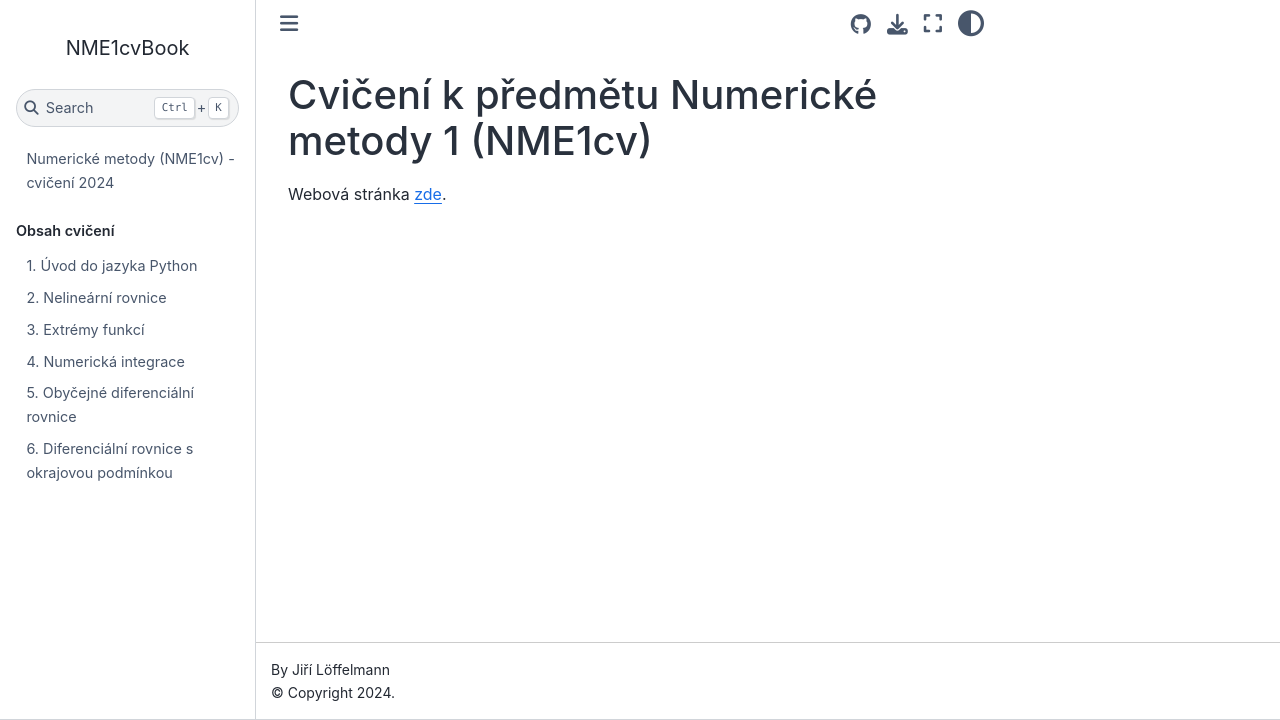
Repository: loepa01/NME1cvBook
Page: README.html
These files come from the project's save history. The page is drawn as it stood at one moment and after the next save; the edit follows.
The browser window is 1280 px wide. The pictures show the whole page.

Above is the page before, as saved 2024-04-08 16:03:47.
Console error: SyntaxError: Identifier 'THEBE_JS_URL' has already been declared

After the next save:
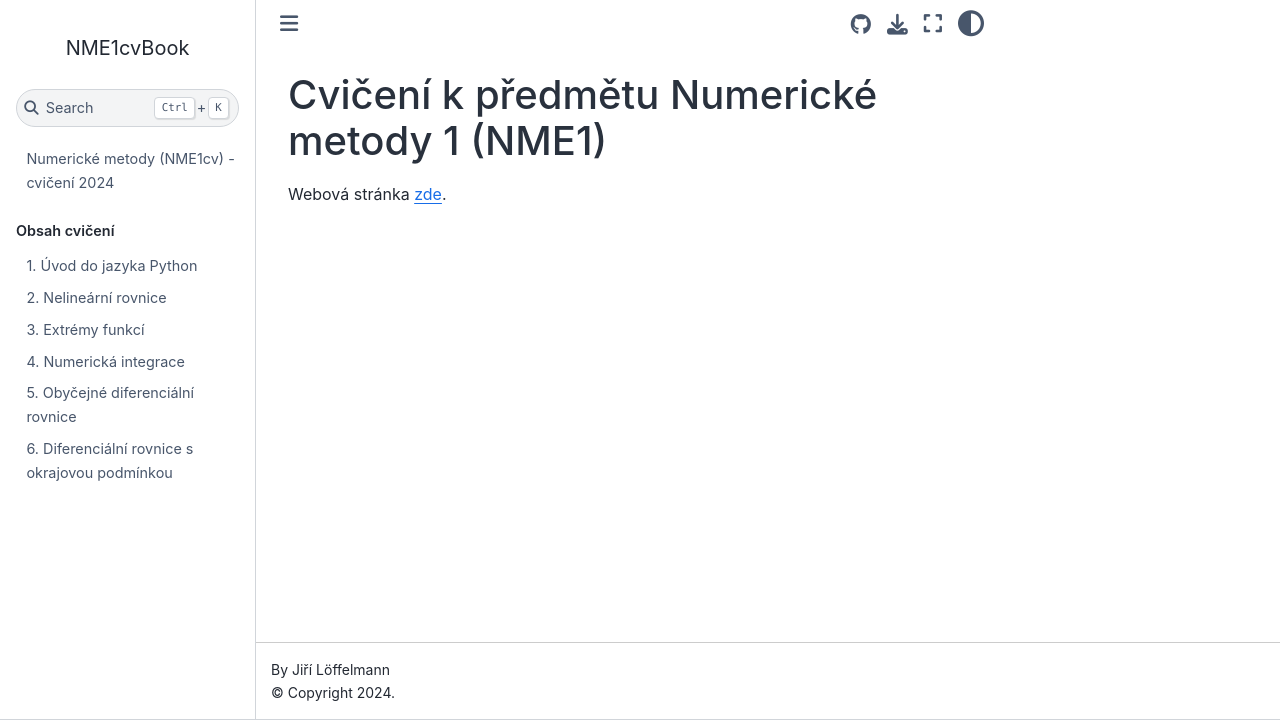
Saved 10 min 23 s later.
--- a/README.html
+++ b/README.html
@@ -8,7 +8,7 @@
     <meta charset="utf-8" />
     <meta name="viewport" content="width=device-width, initial-scale=1.0" /><meta name="viewport" content="width=device-width, initial-scale=1" />
 
-    <title>Cvičení k předmětu Numerické metody 1 (NME1cv) &#8212; NME1cvBook</title>
+    <title>Cvičení k předmětu Numerické metody 1 (NME1) &#8212; NME1cvBook</title>
 
 
 
@@ -57,7 +57,7 @@
     <script async="async" src="../_static/sphinx-thebe.js?v=c100c467"></script>
     <script>var togglebuttonSelector = '.toggle, .admonition.dropdown';</script>
     <script>const THEBE_JS_URL = "https://unpkg.com/thebe@0.8.2/lib/index.js"; const thebe_selector = ".thebe,.cell"; const thebe_selector_input = "pre"; const thebe_selector_output = ".output, .cell_output"</script>
-    <script>DOCUMENTATION_OPTIONS.pagename = '.history/README_20240408160347';</script>
+    <script>DOCUMENTATION_OPTIONS.pagename = '.history/README_20240408161410';</script>
     <link rel="icon" href="../_static/cphys.png"/>
     <link rel="index" title="Index" href="../genindex.html" />
     <link rel="search" title="Search" href="../search.html" />
@@ -250,7 +250,7 @@
 
 
 
-      <li><a href="https://github.com/loepa01/NME1cvBook/issues/new?title=Issue%20on%20page%20%2F.history/README_20240408160347.html&body=Your%20issue%20content%20here." target="_blank"
+      <li><a href="https://github.com/loepa01/NME1cvBook/issues/new?title=Issue%20on%20page%20%2F.history/README_20240408161410.html&body=Your%20issue%20content%20here." target="_blank"
    class="btn btn-sm btn-source-issues-button dropdown-item"
    title="Open an issue"
    data-bs-placement="left" data-bs-toggle="tooltip"
@@ -280,7 +280,7 @@
 
 
 
-      <li><a href="../_sources/.history/README_20240408160347.md" target="_blank"
+      <li><a href="../_sources/.history/README_20240408161410.md" target="_blank"
    class="btn btn-sm btn-download-source-button dropdown-item"
    title="Download source file"
    data-bs-placement="left" data-bs-toggle="tooltip"
@@ -362,7 +362,7 @@ document.write(`
 
 
 <div id="jb-print-docs-body" class="onlyprint">
-    <h1>Cvičení k předmětu Numerické metody 1 (NME1cv)</h1>
+    <h1>Cvičení k předmětu Numerické metody 1 (NME1)</h1>
     <!-- Table of contents -->
     <div id="print-main-content">
         <div id="jb-print-toc">
@@ -376,8 +376,8 @@ document.write(`
 <div id="searchbox"></div>
                 <article class="bd-article">
 
-  <section class="tex2jax_ignore mathjax_ignore" id="cviceni-k-predmetu-numericke-metody-1-nme1cv">
-<h1>Cvičení k předmětu Numerické metody 1 (NME1cv)<a class="headerlink" href="#cviceni-k-predmetu-numericke-metody-1-nme1cv" title="Link to this heading">#</a></h1>
+  <section class="tex2jax_ignore mathjax_ignore" id="cviceni-k-predmetu-numericke-metody-1-nme1">
+<h1>Cvičení k předmětu Numerické metody 1 (NME1)<a class="headerlink" href="#cviceni-k-predmetu-numericke-metody-1-nme1" title="Link to this heading">#</a></h1>
 <p>Webová stránka <a class="reference external" href="https://loepa01.github.io/NME1cvBook/intro.html">zde</a>.</p>
 </section>
 
